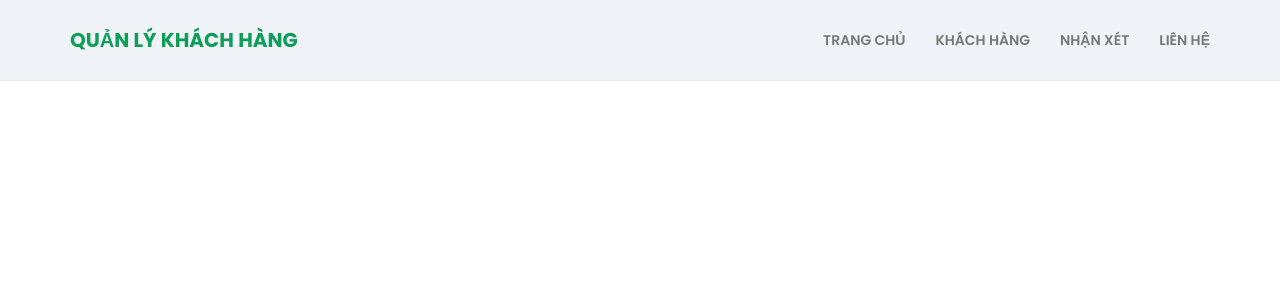
Repository: huutien1904/bt2-ltw
Page: index.html
These files come from the project's save history. The page is drawn as it stood at one moment and after the next save; the edit follows.
The browser window is 1280 px wide. The pictures show the whole page.

Above is the page before, as saved 2021-11-03 21:14:49.

After the next save:
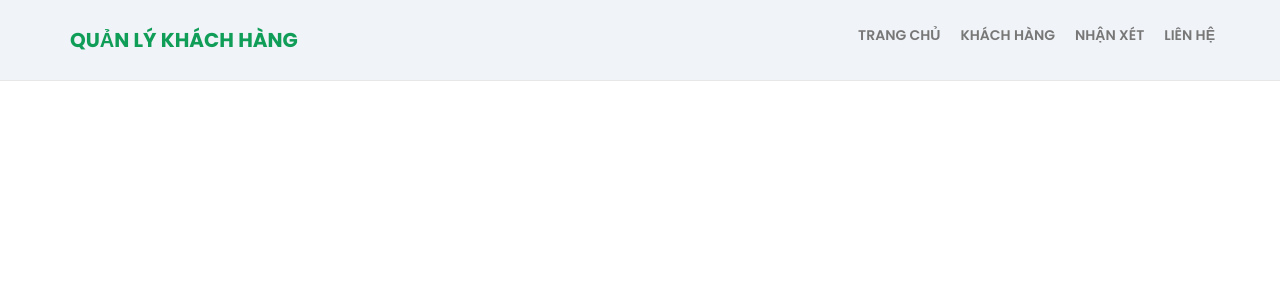
Saved 51 s later.
--- a/style.css
+++ b/style.css
@@ -25,4 +25,9 @@ body {
 .navbar-right li a{
   font-size: 14px;
   font-weight: 600;
+  padding: 10px ;
 }
+.navbar-right li a:hover{
+  background-color: var(--primary-color);
+  border-radius: 10px;
+}
